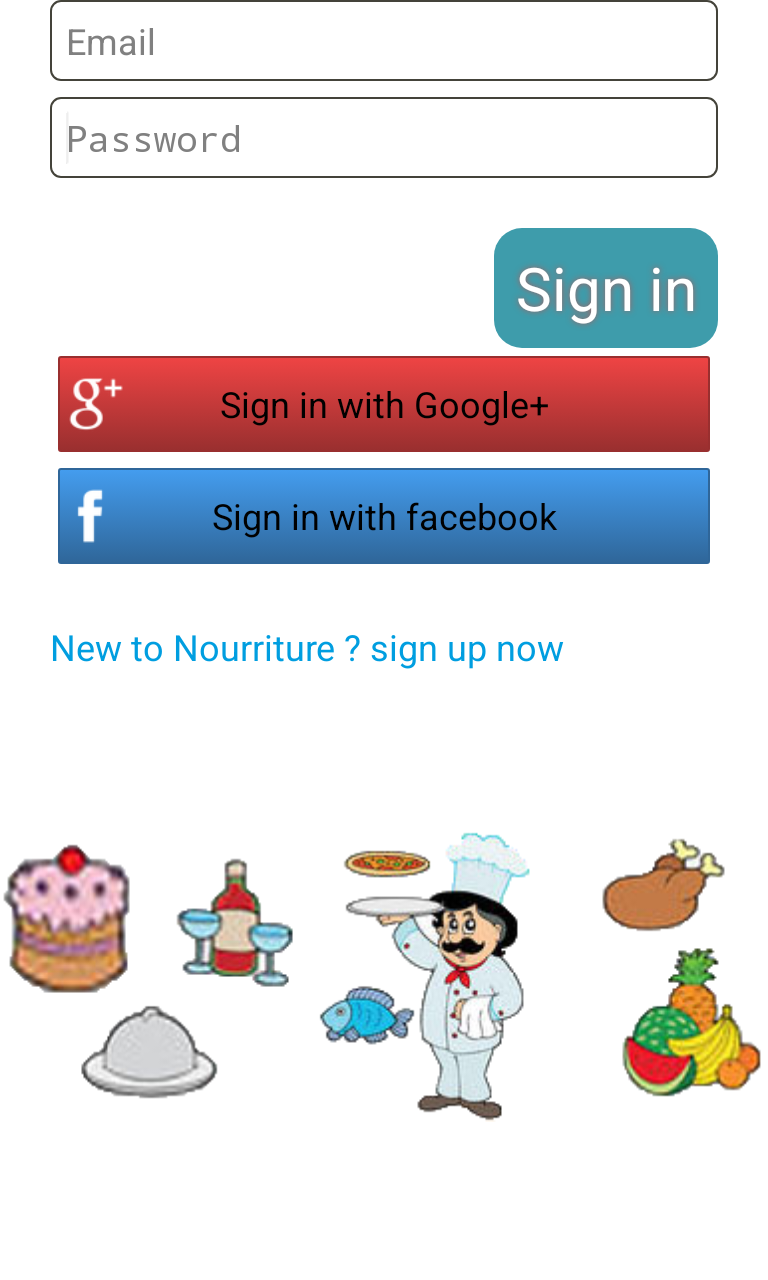
Repository: NourritureGroup1/superphung
Layout: AndroidClient/Nourriture/Nourriture/res/layout/fragment_login.xml
An editor plug-in stored every save of this project. The layout is shown before and after a run of saves, followed by the edit.
Pictures or frames that could not be fetched are drawn as grey boxes. It is drawn on a 768 x 1280 px phone screen (xhdpi) without system bars, with theme AppTheme; the app's code is not run.

Above is the layout before, as saved 2014-12-27 05:50:36.

### AndroidClient/Nourriture/Nourriture/res/layout/fragment_login.xml
<?xml version="1.0" encoding="utf-8"?>
<LinearLayout xmlns:android="http://schemas.android.com/apk/res/android"
    android:layout_width="match_parent"
    android:layout_height="match_parent"
    android:orientation="vertical" >
    <LinearLayout
        android:layout_width="match_parent"
        android:layout_height="match_parent"
        android:orientation="vertical" >
    <LinearLayout
        android:layout_width="match_parent"
        android:layout_height="wrap_content"
        android:paddingLeft="25dp"
        android:paddingRight="25dp"
        android:orientation="vertical" >
        <EditText
            android:id="@+id/email"
            android:state_focused="true"
            android:hint="@string/email"
            android:layout_width="match_parent"
            android:layout_height="wrap_content"
            android:background="@drawable/rounded_edit_text"
            android:padding="8dp"
            android:ems="10" />
        <EditText
            android:id="@+id/password"
            android:state_focused="true"
            android:hint="@string/password"
            android:layout_width="match_parent"
            android:layout_height="wrap_content"
            android:background="@drawable/rounded_edit_text"
            android:padding="8dp"
            android:layout_marginTop="8dp"
            android:ems="10"
            android:inputType="textPassword" >
            <requestFocus />
        </EditText>
	</LinearLayout>
    <LinearLayout
        android:layout_width="match_parent"
        android:layout_height="wrap_content"
        android:paddingTop="25dp"
        android:paddingLeft="25dp"
        android:paddingRight="25dp"
        android:orientation="vertical" >

        <Button
            android:layout_gravity="right"
            android:id="@+id/login_button"
            android:layout_width="112dp"
            android:layout_height="wrap_content"
            android:background="@drawable/buttonshape"
            android:shadowColor="#A86060"
            android:shadowDx="0"
            android:shadowDy="0"
            android:shadowRadius="5"
            android:text="@string/login"
            android:textColor="#FFFFFF"
            android:textSize="30sp" />
        <Button
               android:id="@+id/btn_google"
               android:background="@drawable/layers_gplus_button_bg"
               android:layout_width="match_parent"
               android:layout_height="wrap_content"
               android:padding="10dp"
               android:layout_margin="4dp"
               android:text="@string/signgoogle"
           />
        <Button
               android:id="@+id/btn_fb"
               android:background="@drawable/layers_fb_button_bg"
               android:layout_width="match_parent"
               android:layout_height="wrap_content"
               android:padding="10dp"
               android:layout_margin="4dp"
               android:text="@string/signfb"
           />
    </LinearLayout>
    <LinearLayout
        android:layout_width="match_parent"
        android:layout_height="wrap_content"
        android:paddingTop="25dp"
        android:paddingLeft="25dp"
        android:paddingRight="25dp"
        android:orientation="vertical" >
        <TextView
            android:id="@+id/register_button"
            android:layout_width="wrap_content"
            android:layout_height="wrap_content"
            android:clickable="true"
            android:text="@string/register"
            android:textColor="@color/blue"
            android:textAppearance="?android:attr/textAppearanceMedium" />
    </LinearLayout>
    <ImageView
        android:id="@+id/imageView1"
        android:layout_alignParentBottom = "true"
        android:layout_width="match_parent"
        android:layout_height="fill_parent"
        android:src="@drawable/logo" />


  </LinearLayout>

</LinearLayout>

### AndroidClient/Nourriture/Nourriture/res/values/strings.xml
<?xml version="1.0" encoding="utf-8"?>
<resources>
    <string name="app_name">Nourriture</string>
    <string name="hello_world">Hello world!</string>
    <string name="action_settings">Settings</string>
    <string name="username">Username</string>
    <string name="password">Password</string>
    <string name="name">Name</string>
    <string name="back">Back</string>
    <string name="login">Sign in</string>
    <string name="home">Welcome to Nourriture !</string>
    <string name="register">New to Nourriture ? sign up now</string>
    <string name="signup">Sign up</string>
    <string name="email">Email</string>
    <string name="signgoogle">Sign in with Google+</string>
    <string name="signfb">Sign in with facebook</string>

    <!-- Nav Drawer Menu Items -->
    <string-array name="nav_drawer_items">
        <item >Login</item>
        <item >Register</item>
        <item >My profile</item>
        <item >Sign out</item>
    </string-array>

    <!-- Nav Drawer List Item Icons -->
    <!-- Keep them in order as the titles are in -->
    <array name="nav_drawer_icons">
        <item>@drawable/profile</item>
        <item>@drawable/sign_in</item>
        <item>@drawable/sign_out</item>
        <item>@drawable/sign_up</item>
        <item>@drawable/ic_launcher</item>
    </array>
</resources>

### AndroidClient/Nourriture/Nourriture/res/drawable-mdpi/rounded_edit_text.xml
<?xml version="1.0" encoding="utf-8"?>
<shape xmlns:android="http://schemas.android.com/apk/res/android" >
	<corners android:radius="5dp"/>
	<stroke android:width="1dp"
			android:color="#44433A" />
	<solid android:color="#FFF" />
</shape>

### AndroidClient/Nourriture/Nourriture/res/drawable-mdpi/buttonshape.xml
<?xml version="1.0" encoding="utf-8"?>
<shape xmlns:android="http://schemas.android.com/apk/res/android" android:shape="rectangle" >
	<corners android:radius="14dp"/>
	<solid android:color="#3E9CAB"/>
	<padding android:left="0dp"
			 android:top="0dp"
			 android:right="0dp"
			 android:bottom="0dp"/>
	<size android:width="270dp"
		  android:height="60dp"/>
</shape>

### AndroidClient/Nourriture/Nourriture/res/drawable-hdpi/layers_gplus_button_bg.xml
<?xml version="1.0" encoding="utf-8"?>
<layer-list xmlns:android="http://schemas.android.com/apk/res/android" >
    <item
        android:drawable="@drawable/button_gplus_bg"
        android:id="@+id/t_bg" />
    <item
        android:top="0dp" android:left="3dp">
        <bitmap android:src="@drawable/icon_gplus"
          android:gravity="left" />
    </item>
</layer-list>

### AndroidClient/Nourriture/Nourriture/res/drawable-hdpi/layers_fb_button_bg.xml
<?xml version="1.0" encoding="utf-8"?>
<layer-list xmlns:android="http://schemas.android.com/apk/res/android" >
    <item
        android:drawable="@drawable/button_fb_bg"
        android:id="@+id/t_bg" />
    <item
        android:top="0dp" android:left="0dp">
        <bitmap android:src="@drawable/icon_fb"
          android:gravity="left" />
    </item>
</layer-list>

### AndroidClient/Nourriture/Nourriture/res/values/color.xml
<?xml version="1.0" encoding="utf-8"?>
<resources>
    <color name="list_item_title">#fff</color>
    <color name="list_background">#303030</color>
    <color name="list_background_pressed">#992416</color>
    <color name="list_divider">#272727</color>
    <color name="counter_text_bg">#626262</color>
    <color name="counter_text_color">#c5c4c4</color>
    <color name="button_color">#339933</color>
    <color name="grey_color">#f7f7f7</color>
    <color name="white_color">#ffffff</color>
    <color name="blue">#009EE0</color>
</resources>

### AndroidClient/Nourriture/Nourriture/res/drawable-hdpi/button_fb_bg.xml
<?xml version="1.0" encoding="utf-8"?>
<selector xmlns:android="http://schemas.android.com/apk/res/android">
    <item android:state_pressed="true" >
        <shape>
            <solid
                android:color="#449def" />
            <stroke
                android:width="1dp"
                android:color="#2f6699" />
            <corners
                android:radius="1dp" />

        </shape>
    </item>
    <item>
        <shape>
            <gradient
                android:startColor="#449def"
                android:endColor="#2f6699"
                android:angle="270" />
            <stroke
                android:width="1dp"
                android:color="#2f6699" />
            <corners
                android:radius="1dp" />

        </shape>
    </item>
</selector>

### AndroidClient/Nourriture/Nourriture/res/drawable-hdpi/button_gplus_bg.xml
<?xml version="1.0" encoding="utf-8"?>
<selector xmlns:android="http://schemas.android.com/apk/res/android">
    <item android:state_pressed="true" >
        <shape>
            <solid
                android:color="#ef4444" />
            <stroke
                android:width="1dp"
                android:color="#992f2f" />
            <corners
                android:radius="1dp" />

        </shape>
    </item>
    <item>
        <shape>
            <gradient
                android:startColor="#ef4444"
                android:endColor="#992f2f"
                android:angle="270" />
            <stroke
                android:width="1dp"
                android:color="#992f2f" />
            <corners
                android:radius="1dp" />

        </shape>
    </item>
</selector>

Loaded but not shown: AndroidClient/Nourriture/Nourriture/res/values/styles.xml (common file); AndroidClient/Nourriture/Nourriture/res/values-v11/styles.xml (common file); AndroidClient/Nourriture/Nourriture/res/values-v14/styles.xml (common file)

After the next 2 saves:
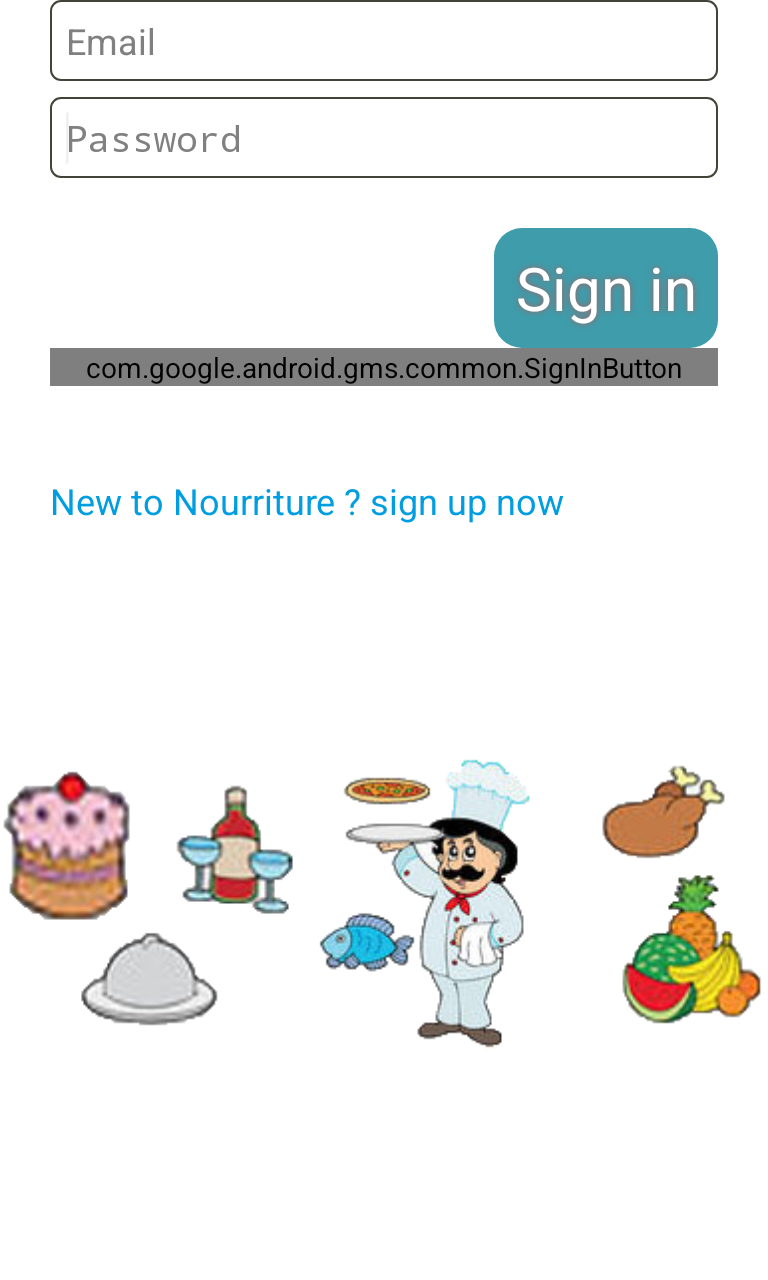
The 2 saves are shown as one change because 1 did not build or start.
The last was saved 92 s later.
--- a/AndroidClient/Nourriture/Nourriture/res/layout/fragment_login.xml
+++ b/AndroidClient/Nourriture/Nourriture/res/layout/fragment_login.xml
@@ -57,24 +57,11 @@
             android:text="@string/login"
             android:textColor="#FFFFFF"
             android:textSize="30sp" />
-        <Button
-               android:id="@+id/btn_google"
-               android:background="@drawable/layers_gplus_button_bg"
-               android:layout_width="match_parent"
-               android:layout_height="wrap_content"
-               android:padding="10dp"
-               android:layout_margin="4dp"
-               android:text="@string/signgoogle"
-           />
-        <Button
-               android:id="@+id/btn_fb"
-               android:background="@drawable/layers_fb_button_bg"
-               android:layout_width="match_parent"
-               android:layout_height="wrap_content"
-               android:padding="10dp"
-               android:layout_margin="4dp"
-               android:text="@string/signfb"
-           />
+    <com.google.android.gms.common.SignInButton
+        android:id="@+id/btn_sign_in"
+        android:layout_width="fill_parent"
+        android:layout_height="wrap_content"
+        android:layout_marginBottom="20dp"/>
     </LinearLayout>
     <LinearLayout
         android:layout_width="match_parent"
--- a/AndroidClient/Nourriture/Nourriture/res/values/strings.xml
+++ b/AndroidClient/Nourriture/Nourriture/res/values/strings.xml
@@ -12,8 +12,8 @@
     <string name="register">New to Nourriture ? sign up now</string>
     <string name="signup">Sign up</string>
     <string name="email">Email</string>
-    <string name="signgoogle">Sign in with Google+</string>
-    <string name="signfb">Sign in with facebook</string>
+    <string name="btn_logout_from_google">Logout from Google</string>
+    <string name="btn_revoke_access">Revoke Access</string>
 
     <!-- Nav Drawer Menu Items -->
     <string-array name="nav_drawer_items">
